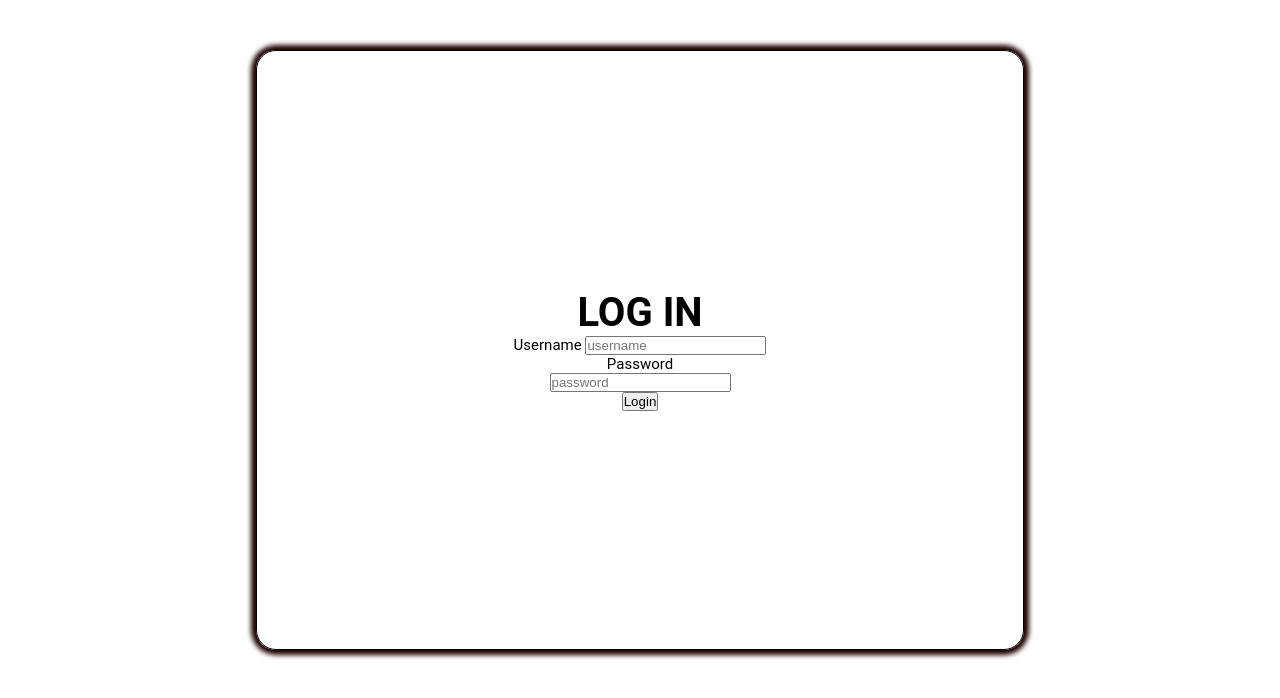
Repository: huyna1707/learning-git
Page: index.html
The author's editor kept a copy of each file at every save. The page is drawn from the files as they stood at one save, then again after a run of saves.
The browser window is 1280 px wide. The pictures show the whole page.

Above is the page before, as saved 2024-08-09 23:20:44.

After the next 6 saves:
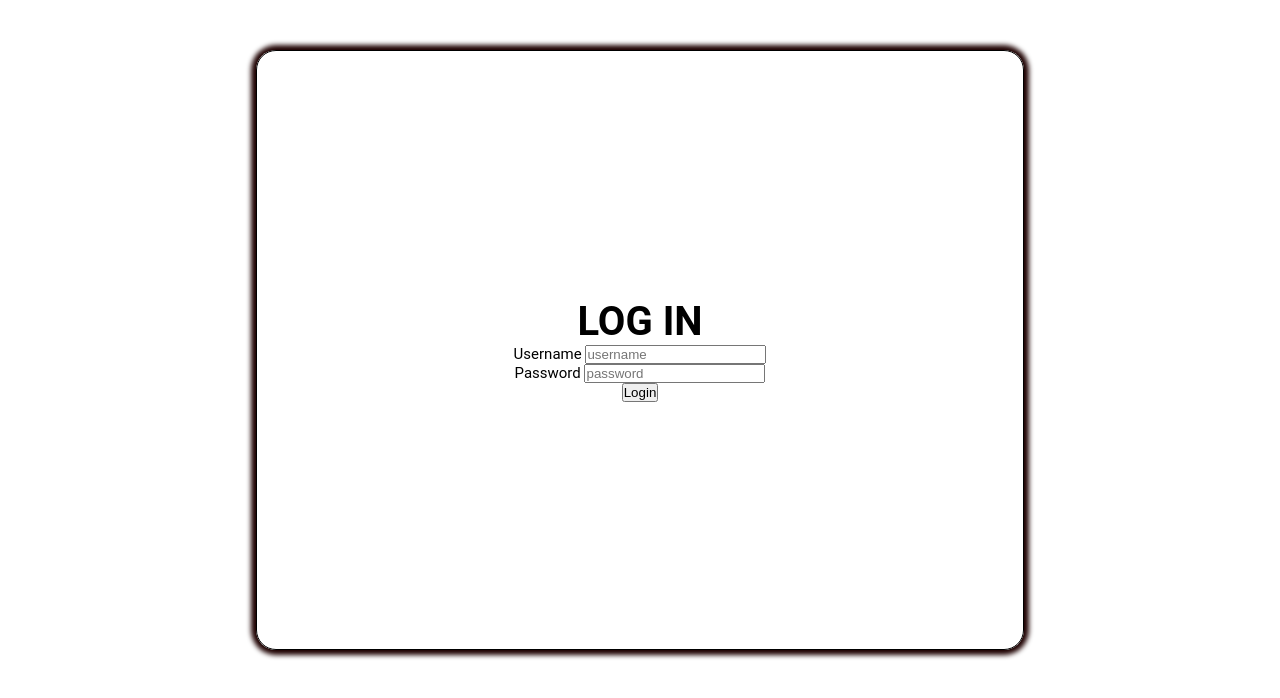
The 6 saves are shown as one change because they came seconds apart.
The last was saved 19 s later.
--- a/index.html
+++ b/index.html
@@ -12,8 +12,10 @@
             <input type="text" placeholder="username" id="username">
         </label>
 
-        <label for="passworld">Password</label>
-        <input type="password" placeholder="password" id="password">
+        <label for="passworld">Password
+            <input type="password" placeholder="password" id="password">
+        </label>
+
         <button type="submit" onclick="login">Login</button>
     </form>
 </body>
